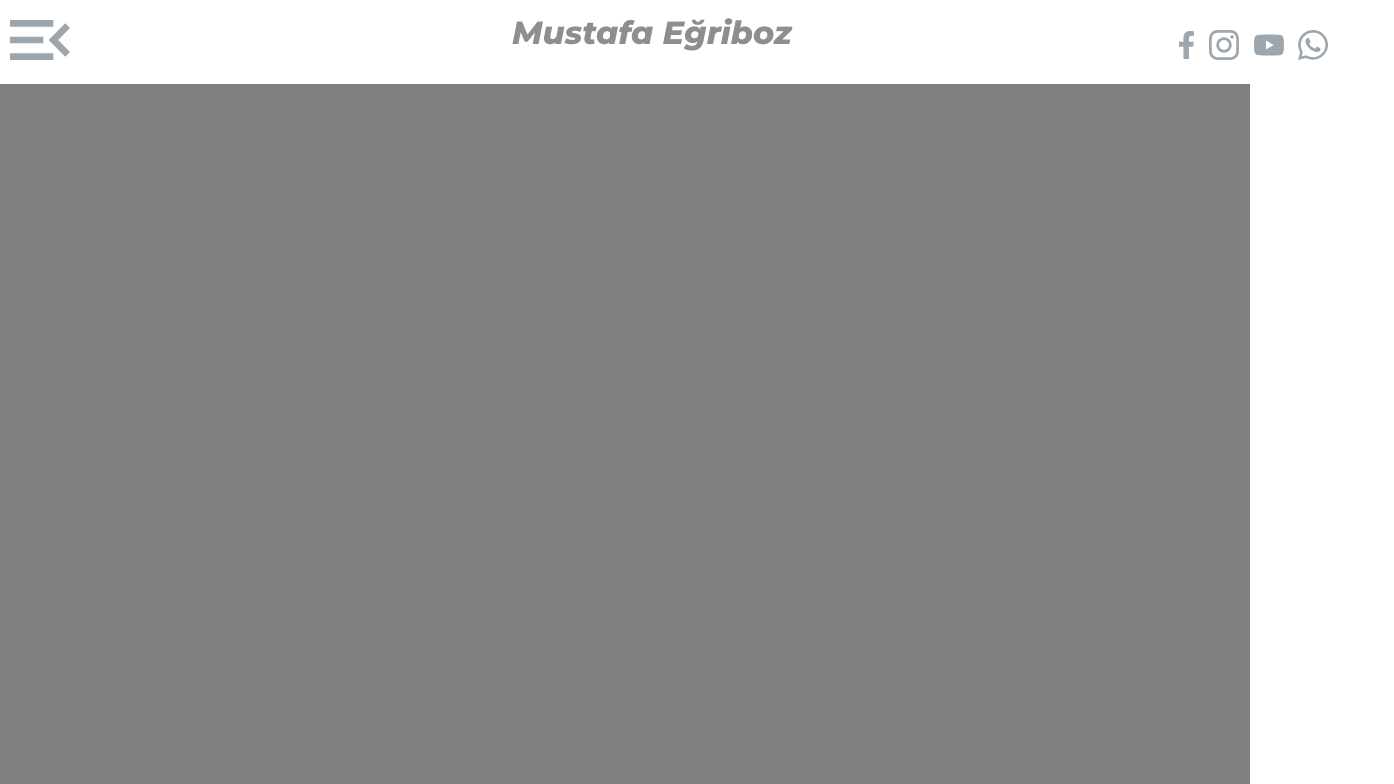
Repository: CengoCengo/m.e-gallery-web-site
Page: index.html
An editor plug-in stored every save of this project. The page is shown before and after the next save, followed by the edit.
The browser window is 1280 px wide. The page is 1328 px wide, then 1394 px, then 1328 px, so the pictures cover 1394 px, including what lies to the right of the window. The pictures show the whole page.

Above is the page before, as saved 2021-02-06 15:17:29.
Console error: TypeError: Cannot read properties of null (reading 'style')

After the next save:
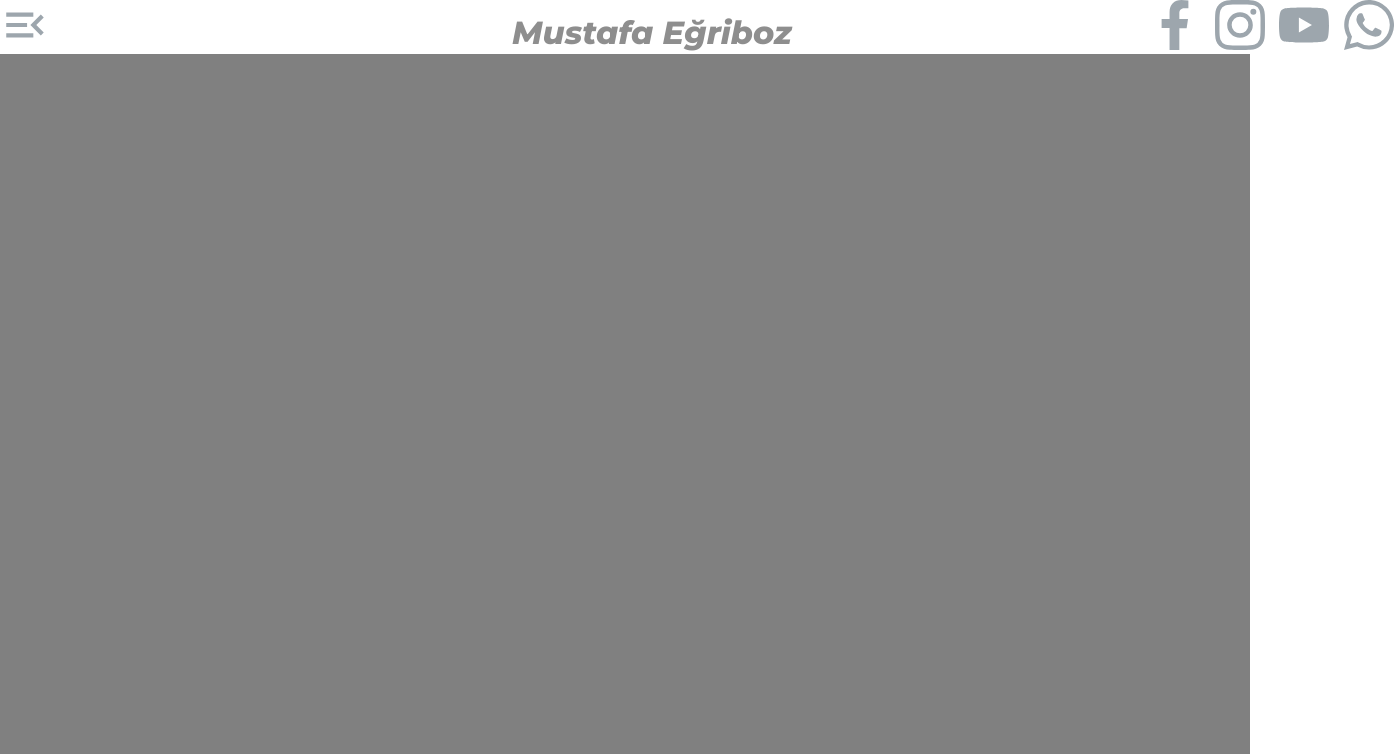
Saved 33 s later.
--- a/styles/style.css
+++ b/styles/style.css
@@ -22,7 +22,7 @@
 
 }
 
-#icon-menu img{
+.menu-container img{
     display: inline-block;
     width: 50px;
     height: 50px;

After the save that followed:
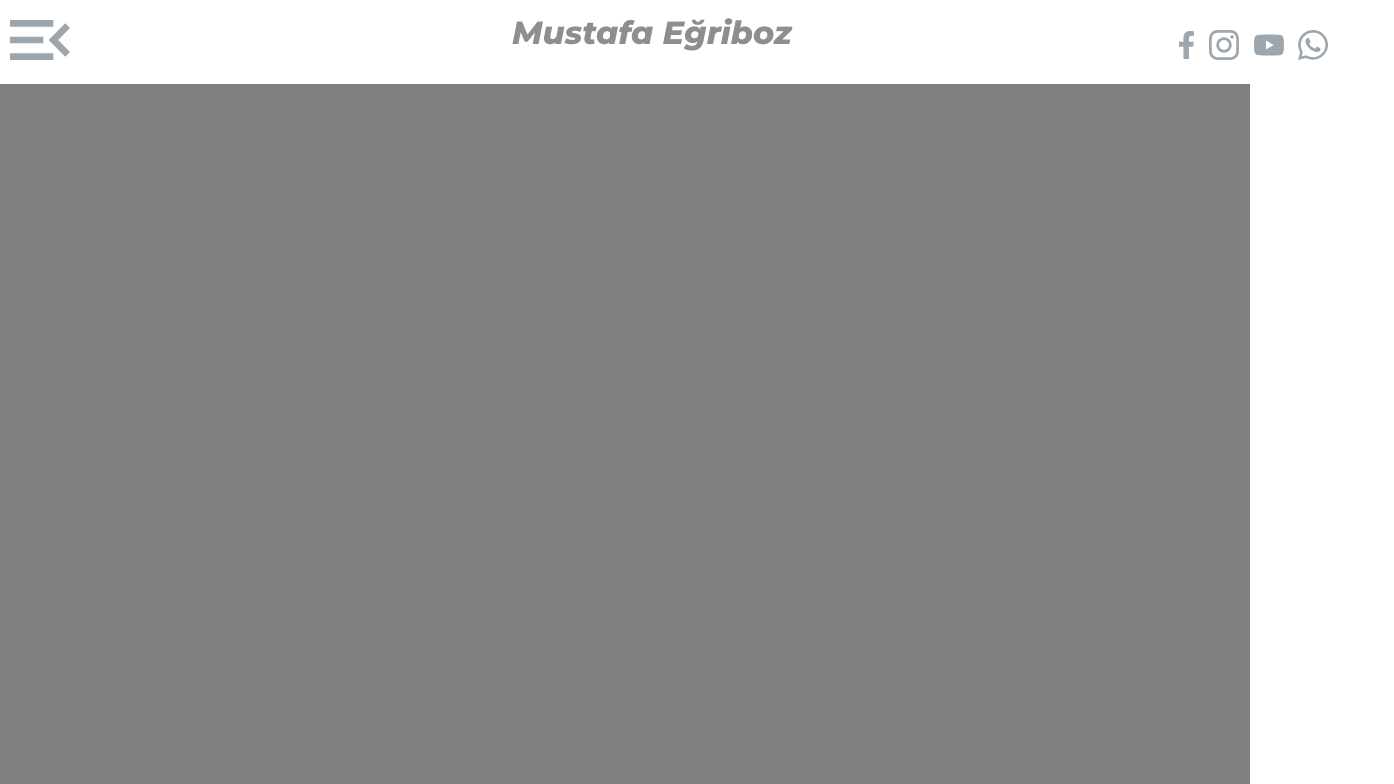
Saved 12 s later.
--- a/styles/style.css
+++ b/styles/style.css
@@ -22,7 +22,7 @@
 
 }
 
-.menu-container img{
+#icon-menu img{
     display: inline-block;
     width: 50px;
     height: 50px;
